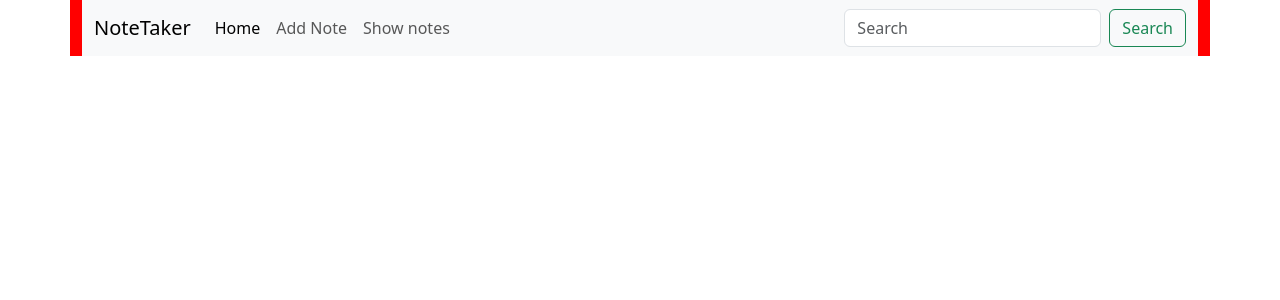
Repository: smritihbtu/Note-Maker
Page: http://localhost/NoteTaker/
The author's editor kept a copy of each file at every save. The page is drawn from the files as they stood at one save, then again after the next save.
The browser window is 1280 px wide. The pictures show the whole page.
The page is served by Tomcat 9.

Above is the page before, as saved 2023-08-19 15:38:05.

After the next save:
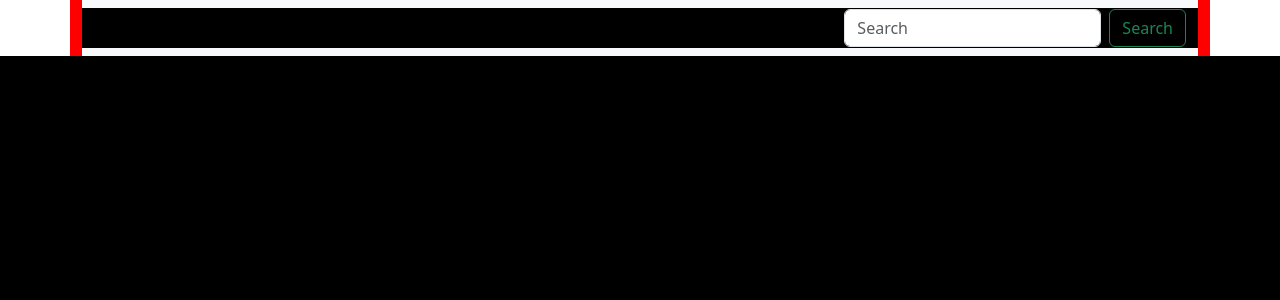
Saved 63 s later.
--- a/NoteTaker/src/main/webapp/css/style.css
+++ b/NoteTaker/src/main/webapp/css/style.css
@@ -1,4 +1,4 @@
-body{
+*{
 	background-color : black;
 }
 .container{

After the save that followed:
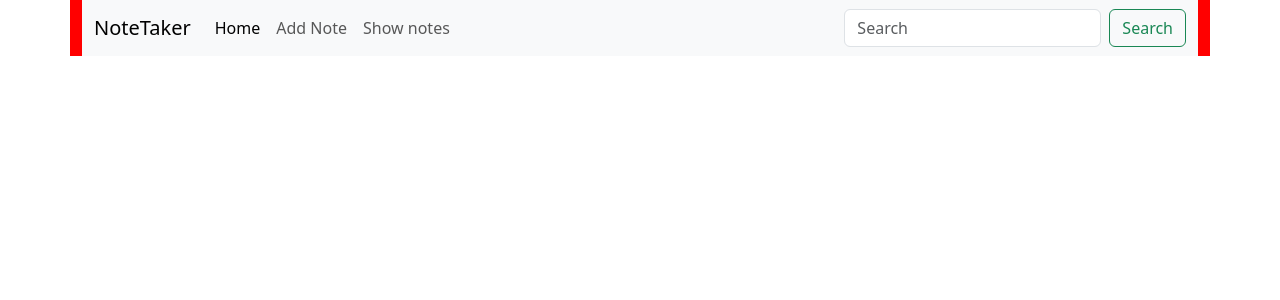
Saved 30 s later.
--- a/NoteTaker/src/main/webapp/css/style.css
+++ b/NoteTaker/src/main/webapp/css/style.css
@@ -1,4 +1,4 @@
-*{
+body{
 	background-color : black;
 }
 .container{
